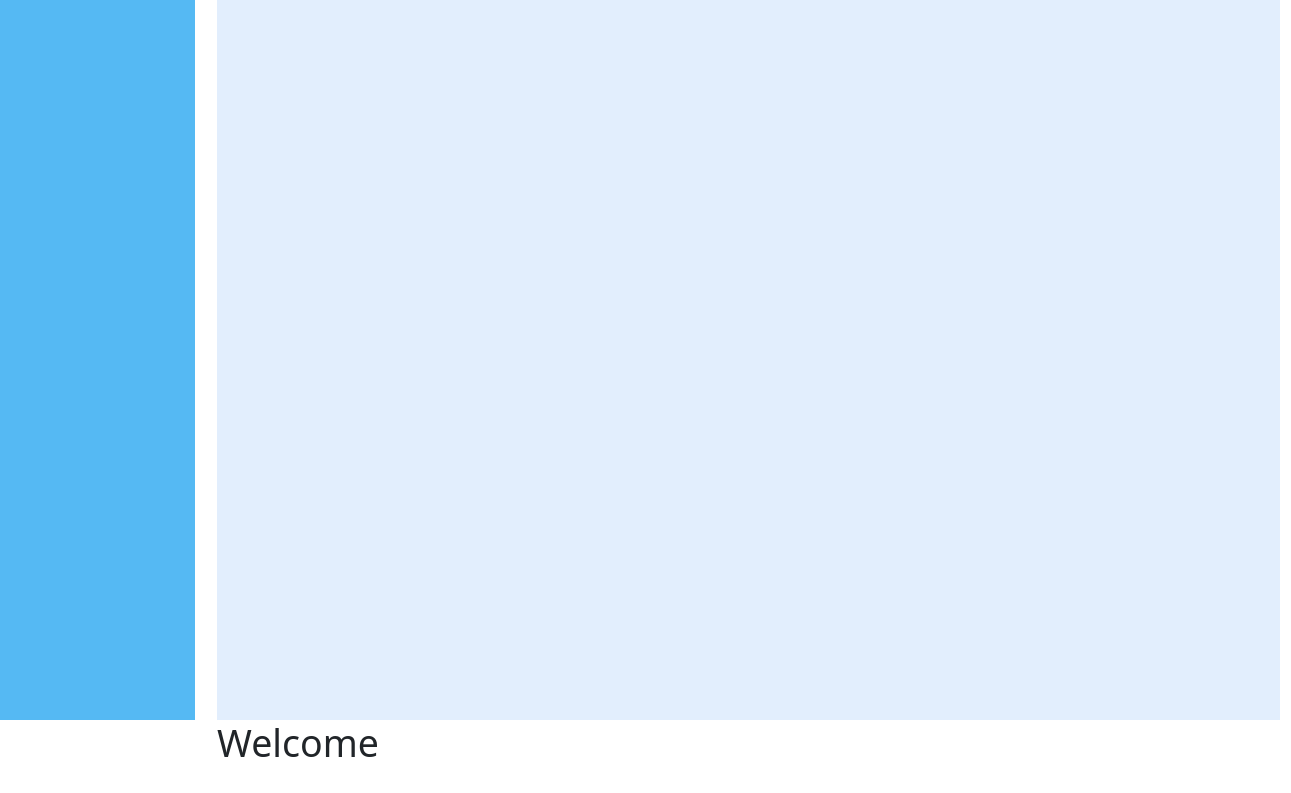
Repository: latenightsnacc/AllinOne
Page: Design/index.html
The author's editor kept a copy of each file at every save. The page is drawn from the files as they stood at one save, then again after the next save.
The browser window is 1280 px wide. The page is 1291 px wide, so the pictures cover 1291 px, including what lies to the right of the window. The pictures show the whole page.
The style sheet was rebuilt from its Sass, Less or Tailwind sources for each picture, by a compiler version that may differ from the author's.

Above is the page before, as saved 2020-09-15 15:57:15.

### Design/index.html
<!DOCTYPE html>
<html lang="en">
<head>
    <meta charset="UTF-8">
    <meta name="viewport" content="width=device-width, initial-scale=1.0">
    <!-- Compiled and minified CSS -->
    <link rel="stylesheet" href="https://cdnjs.cloudflare.com/ajax/libs/materialize/1.0.0/css/materialize.min.css">
    <link rel="stylesheet" href="https://stackpath.bootstrapcdn.com/bootstrap/5.0.0-alpha1/css/bootstrap.min.css" integrity="sha384-r4NyP46KrjDleawBgD5tp8Y7UzmLA05oM1iAEQ17CSuDqnUK2+k9luXQOfXJCJ4I" crossorigin="anonymous">
    <!--Custom css-->
    <link rel="stylesheet" href="Styles.css">
    <title>Welcome Page</title>
</head>
<body>
    <div class="row no-gutters">
        <div class="col-sm-2 col-md-2 col-lg-2">
            <div class="sidebar">

            </div>
        </div>

        <div class="col-sm-10 col-md-10 col-lg-10">
            <div class="wrapper">

            </div>
            <h1>Welcome</h1>
        </div>
    </div>


    <script src="https://cdn.jsdelivr.net/npm/popper.js@1.16.0/dist/umd/popper.min.js" integrity="sha384-Q6E9RHvbIyZFJoft+2mJbHaEWldlvI9IOYy5n3zV9zzTtmI3UksdQRVvoxMfooAo" crossorigin="anonymous"></script>
    <script src="https://stackpath.bootstrapcdn.com/bootstrap/5.0.0-alpha1/js/bootstrap.min.js" integrity="sha384-oesi62hOLfzrys4LxRF63OJCXdXDipiYWBnvTl9Y9/TRlw5xlKIEHpNyvvDShgf/" crossorigin="anonymous"></script>
</body>
</html>

### Design/Styles.scss
@import 'variables';

*{
    margin: 0;
    padding: 0;
    box-sizing: border-box;
    list-style: none;
    text-decoration: none;

}

.sidebar, .wrapper {
    height: 100vh;
}

.sidebar {
    background-color: $blue;

}
.wrapper {
    background-color: $grey;
}

### Design/_variables.scss
$blue: #55b9f3;
$white: #fff;
$grey: #e2eefd;
$borderR: 57px;
$bsGrey:  20px 20px 60px #c0cad7,
             -20px -20px 60px #ffffff;
$bsBlue:  20px 20px 60px #489dcf,
-20px -20px 60px #62d5ff;

After the next save:
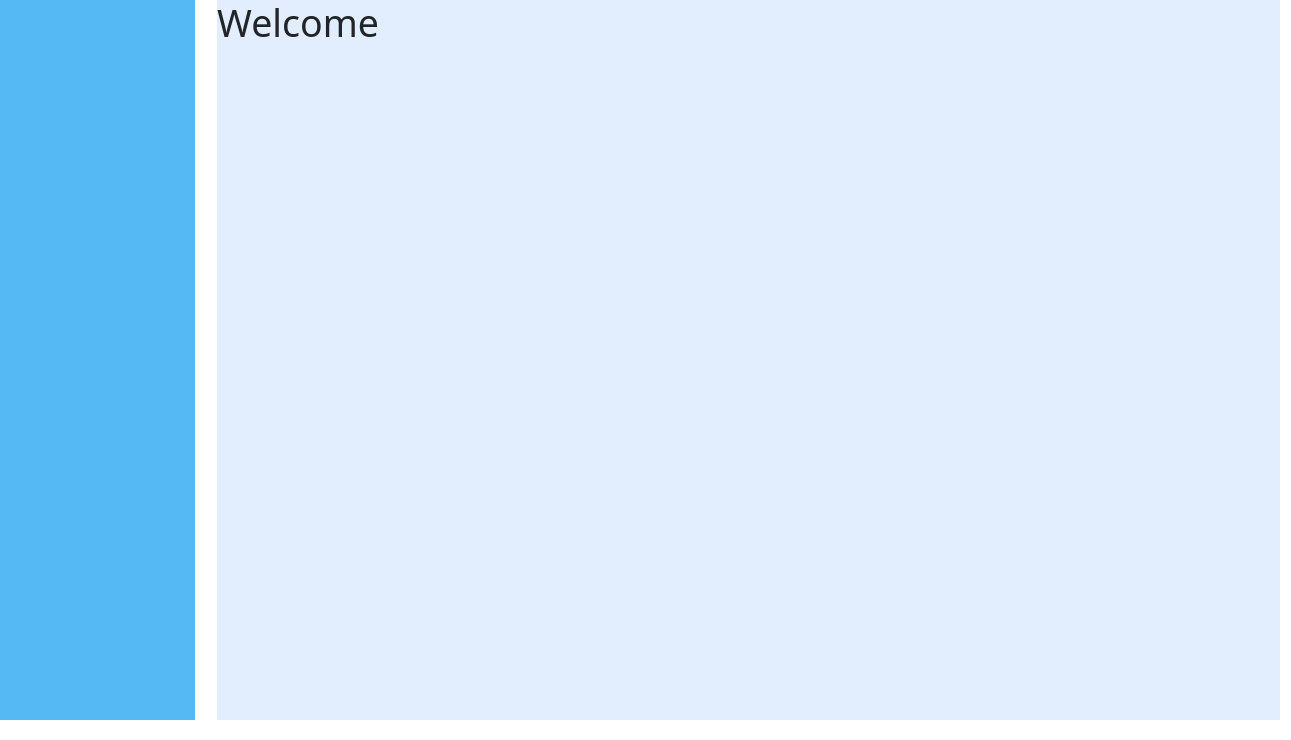
Saved 20 s later.
--- a/Design/index.html
+++ b/Design/index.html
@@ -20,9 +20,9 @@
 
         <div class="col-sm-10 col-md-10 col-lg-10">
             <div class="wrapper">
+                <h1>Welcome</h1>
+            </div>
 
-            </div>
-            <h1>Welcome</h1>
         </div>
     </div>
 
